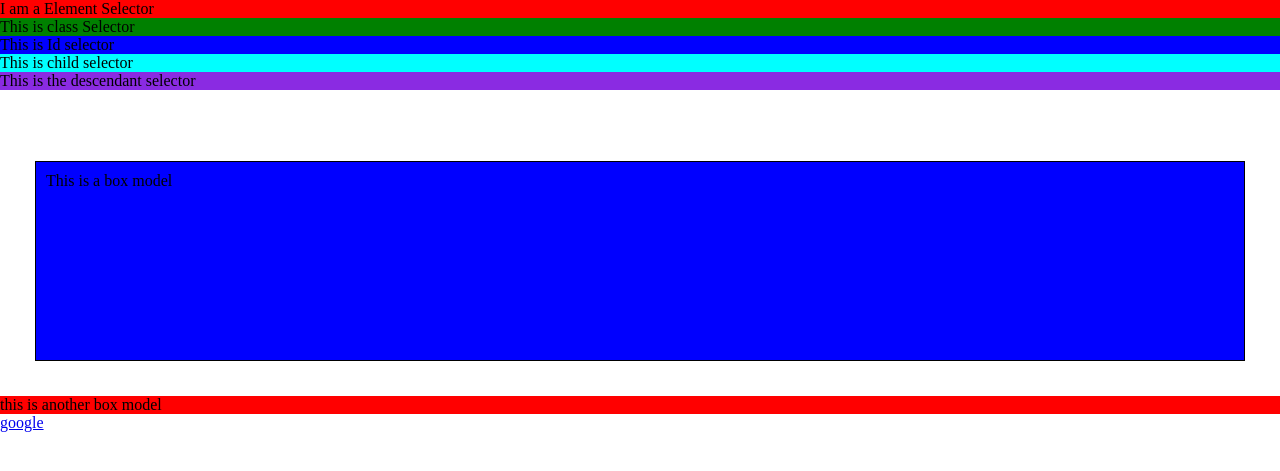
Repository: diensy/Web_dev
Page: first.css/selector.html
These files come from the project's save history. The page is drawn as it stood at one moment and after the next save; the edit follows.
The browser window is 1280 px wide. The pictures show the whole page.

Above is the page before, as saved 2024-05-22 20:38:01.

After the next save:
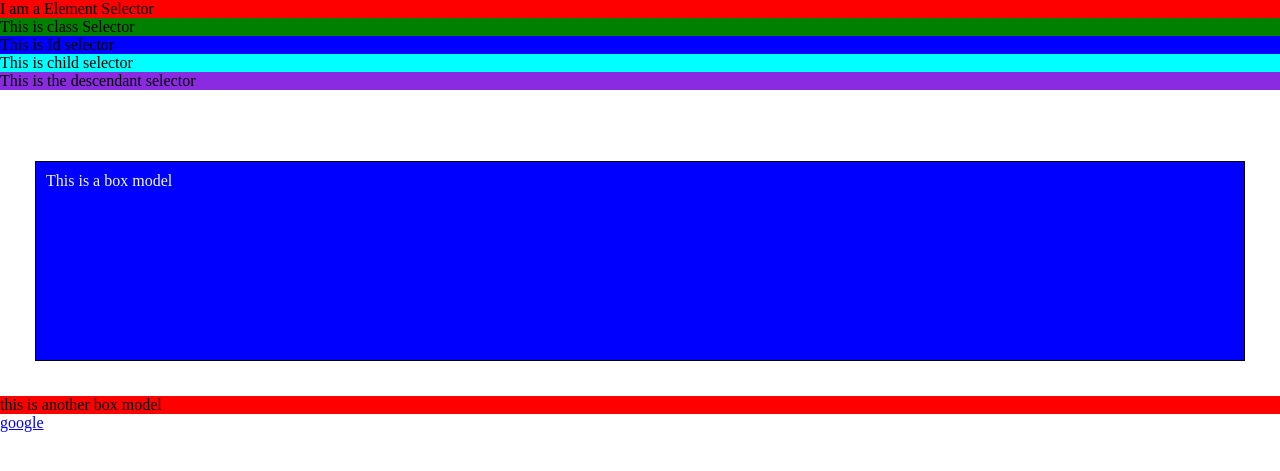
Saved 19 s later.
--- a/first.css/selector.html
+++ b/first.css/selector.html
@@ -41,6 +41,7 @@
         background-color: aquamarine;
       }
       .box1 {
+        color: aliceblue;
         background-color: blue;
         margin: 35px;
         padding: 10px;
